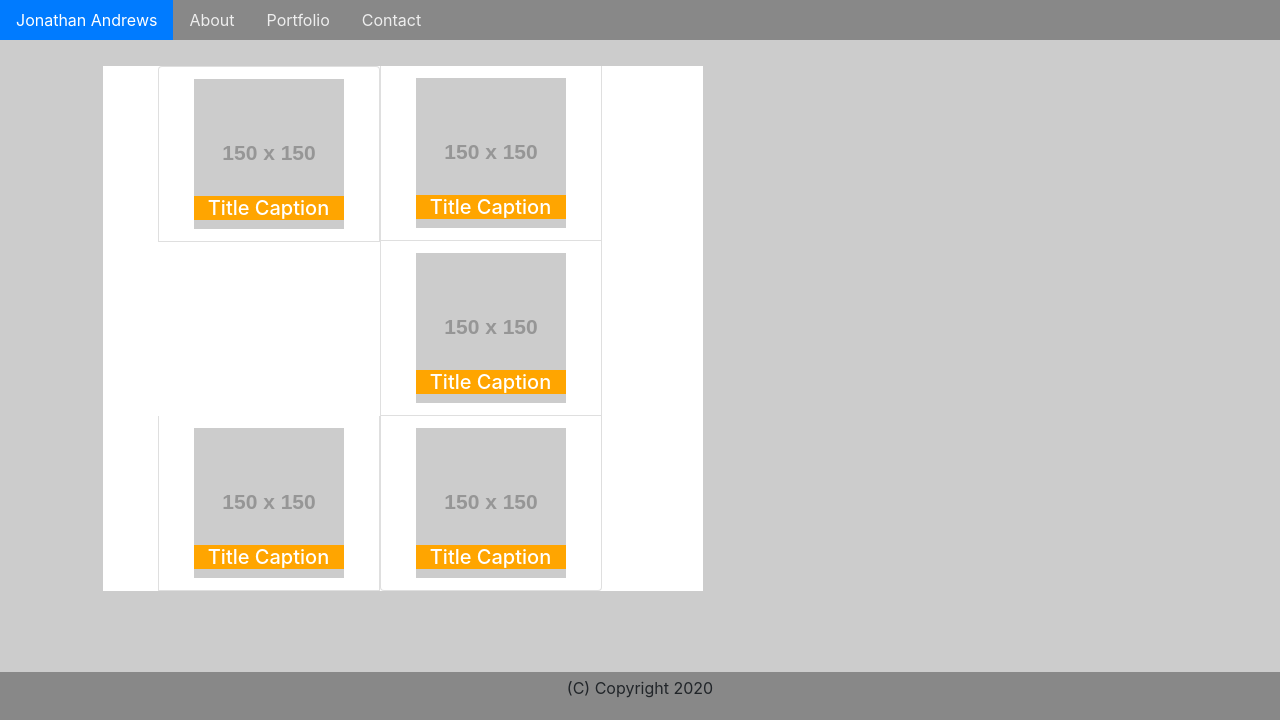
Repository: ionathas78/ionathas78.github.io
Page: portfolio.html
These files come from the project's save history. The page is drawn as it stood at one moment and after the next save; the edit follows.
The browser window is 1280 px wide. The pictures show the whole page.

Above is the page before, as saved 2020-03-17 17:56:27.

### portfolio.html
<!DOCTYPE html>
<html lang="en">
<head>
    <meta charset="UTF-8">
    <meta name="viewport" content="width=device-width, initial-scale=1.0">
    <title>Jonathan Andrews</title>

    <link rel="stylesheet" href="https://stackpath.bootstrapcdn.com/bootstrap/4.4.1/css/bootstrap.min.css" integrity="sha384-Vkoo8x4CGsO3+Hhxv8T/Q5PaXtkKtu6ug5TOeNV6gBiFeWPGFN9MuhOf23Q9Ifjh" crossorigin="anonymous">
</head>
<body style="background-color: #ccc">
    <header>
        <ul class="nav" style="background-color: #888">
            <li class="nav-item bg-primary">
              <a class="nav-link active" href="#" style="color: white;">Jonathan Andrews</a>
            </li>
            <li class="nav-item">
              <a class="nav-link" href="index.html" style="color: #eee;">About</a>
            </li>
            <li class="nav-item">
              <a class="nav-link active" href="portfolio.html" style="color: #eee;">Portfolio</a>
            </li>
            <li class="nav-item">
                <a class="nav-link" href="contact.html" style="color: #eee;">Contact</a>
            </li>
        </ul>
    </header>

    <div class="container">
        <div class="row">
            <div class="col-md-7">
                <div class="container clearfix" style="max-width: 600px; background-color: white; margin-top: 2vw;">
                    <!-- <ul class="list-group list-group-horizontal float-left"> -->
                    <ul class="">
                        <li class="list-group-item float-left">
                            <div class="container" style="border-style: none;">
                                <a style="position: relative;" href="" target="_blank"><img src="https://via.placeholder.com/150" alt="Placeholder Item Image"/></a>
                                <h5 style="position: absolute; background-color: orange; color: white; bottom: 1vw; width: 150px; text-align: center;">Title Caption</h5>
                            </div>
                        </li>
                        <li class="list-group-item float-left">
                            <div class="container">
                                <a style="position: relative;" href="" target="_blank"><img src="https://via.placeholder.com/150" alt="Placeholder Item Image"/></a>
                                <h5 style="position: absolute; background-color: orange; color: white; bottom: 1vw; width: 150px; text-align: center;">Title Caption</h5>
                            </div>
                        </li>
                        <li class="list-group-item float-left">
                            <div class="container">
                                <a style="position: relative;" href="" target="_blank"><img src="https://via.placeholder.com/150" alt="Placeholder Item Image"/></a>
                                <h5 style="position: absolute; background-color: orange; color: white; bottom: 1vw; width: 150px; text-align: center;">Title Caption</h5>
                            </div>
                        </li>
                        <li class="list-group-item float-left">
                            <div class="container">
                                <a style="position: relative;" href="" target="_blank"><img src="https://via.placeholder.com/150" alt="Placeholder Item Image"/></a>
                                <h5 style="position: absolute; background-color: orange; color: white; bottom: 1vw; width: 150px; text-align: center;">Title Caption</h5>
                            </div>
                        </li>
                        <li class="list-group-item float-left">
                            <div class="container">
                                <a style="position: relative;" href="" target="_blank"><img src="https://via.placeholder.com/150" alt="Placeholder Item Image"/></a>
                                <h5 style="position: absolute; background-color: orange; color: white; bottom: 1vw; width: 150px; text-align: center;">Title Caption</h5>
                            </div>
                        </li>
                      </ul>
                </div>
            </div>
        </div>
    </div>

    <footer style="position: fixed; bottom: 0; background-color: #888; width: 100%;">
        <p style="line-height: 200%; text-align: center;">
            (C) Copyright 2020
        </p>
    </footer>
    <!-- JS Scripts -->

    <script src="https://code.jquery.com/jquery-3.4.1.slim.min.js" integrity="sha384-J6qa4849blE2+poT4WnyKhv5vZF5SrPo0iEjwBvKU7imGFAV0wwj1yYfoRSJoZ+n" crossorigin="anonymous"></script>
    <script src="https://cdn.jsdelivr.net/npm/popper.js@1.16.0/dist/umd/popper.min.js" integrity="sha384-Q6E9RHvbIyZFJoft+2mJbHaEWldlvI9IOYy5n3zV9zzTtmI3UksdQRVvoxMfooAo" crossorigin="anonymous"></script>
    <script src="https://stackpath.bootstrapcdn.com/bootstrap/4.4.1/js/bootstrap.min.js" integrity="sha384-wfSDF2E50Y2D1uUdj0O3uMBJnjuUD4Ih7YwaYd1iqfktj0Uod8GCExl3Og8ifwB6" crossorigin="anonymous"></script>
</body>
</html>

After the next save:
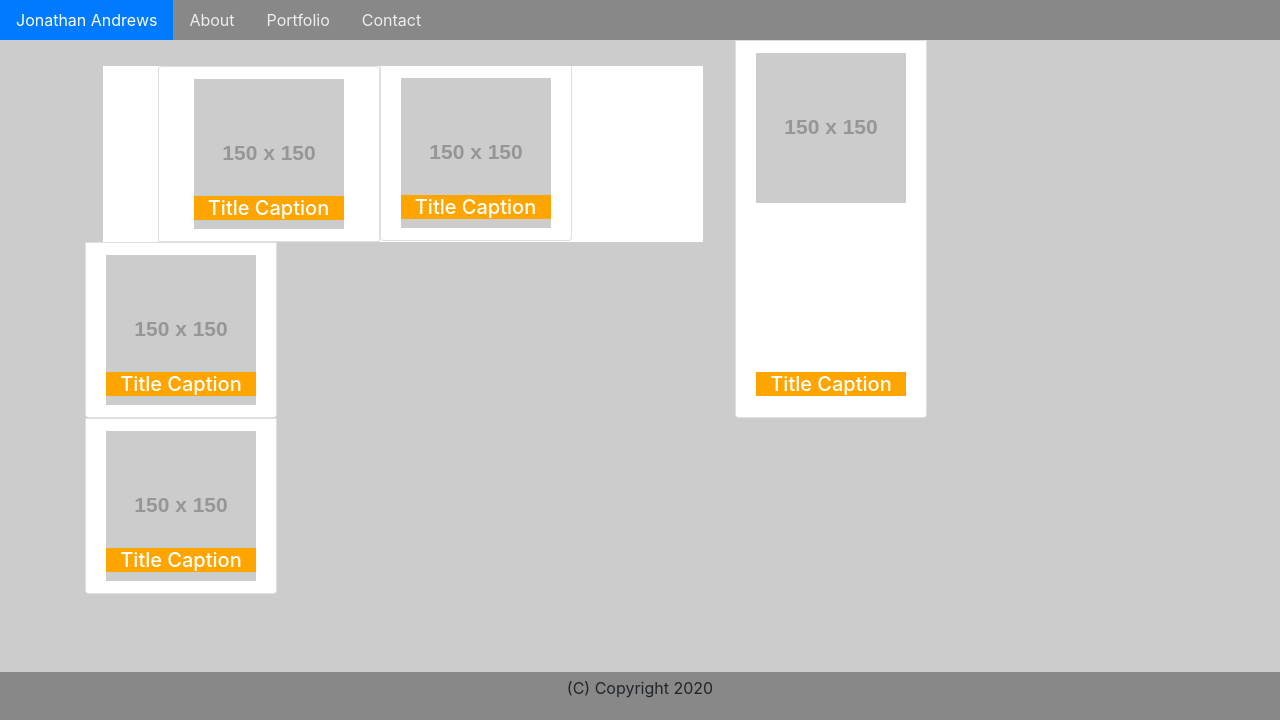
Saved 53 s later.
--- a/portfolio.html
+++ b/portfolio.html
@@ -32,31 +32,31 @@
                     <!-- <ul class="list-group list-group-horizontal float-left"> -->
                     <ul class="">
                         <li class="list-group-item float-left">
-                            <div class="container" style="border-style: none;">
+                            <div class="container" style="border: 0px none white;">
                                 <a style="position: relative;" href="" target="_blank"><img src="https://via.placeholder.com/150" alt="Placeholder Item Image"/></a>
                                 <h5 style="position: absolute; background-color: orange; color: white; bottom: 1vw; width: 150px; text-align: center;">Title Caption</h5>
                             </div>
                         </li>
                         <li class="list-group-item float-left">
-                            <div class="container">
+                            <div class="container" style="border: 0px none white;"></div>
                                 <a style="position: relative;" href="" target="_blank"><img src="https://via.placeholder.com/150" alt="Placeholder Item Image"/></a>
                                 <h5 style="position: absolute; background-color: orange; color: white; bottom: 1vw; width: 150px; text-align: center;">Title Caption</h5>
                             </div>
                         </li>
                         <li class="list-group-item float-left">
-                            <div class="container">
+                            <div class="container" style="border: 0px none white;"></div>
                                 <a style="position: relative;" href="" target="_blank"><img src="https://via.placeholder.com/150" alt="Placeholder Item Image"/></a>
                                 <h5 style="position: absolute; background-color: orange; color: white; bottom: 1vw; width: 150px; text-align: center;">Title Caption</h5>
                             </div>
                         </li>
                         <li class="list-group-item float-left">
-                            <div class="container">
+                            <div class="container" style="border: 0px none white;"></div>
                                 <a style="position: relative;" href="" target="_blank"><img src="https://via.placeholder.com/150" alt="Placeholder Item Image"/></a>
                                 <h5 style="position: absolute; background-color: orange; color: white; bottom: 1vw; width: 150px; text-align: center;">Title Caption</h5>
                             </div>
                         </li>
                         <li class="list-group-item float-left">
-                            <div class="container">
+                            <div class="container" style="border: 0px none white;"></div>
                                 <a style="position: relative;" href="" target="_blank"><img src="https://via.placeholder.com/150" alt="Placeholder Item Image"/></a>
                                 <h5 style="position: absolute; background-color: orange; color: white; bottom: 1vw; width: 150px; text-align: center;">Title Caption</h5>
                             </div>

After the save that followed:
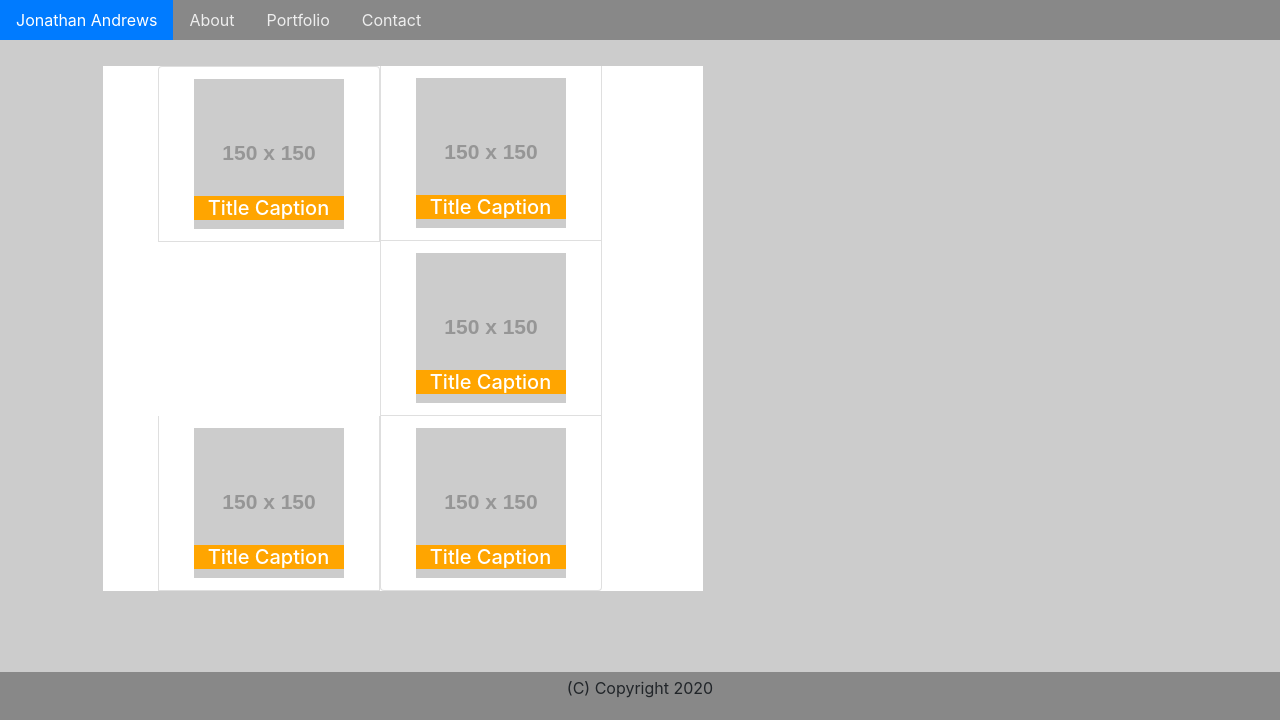
Saved 41 s later.
--- a/portfolio.html
+++ b/portfolio.html
@@ -32,31 +32,31 @@
                     <!-- <ul class="list-group list-group-horizontal float-left"> -->
                     <ul class="">
                         <li class="list-group-item float-left">
-                            <div class="container" style="border: 0px none white;">
+                            <div class="container">
                                 <a style="position: relative;" href="" target="_blank"><img src="https://via.placeholder.com/150" alt="Placeholder Item Image"/></a>
                                 <h5 style="position: absolute; background-color: orange; color: white; bottom: 1vw; width: 150px; text-align: center;">Title Caption</h5>
                             </div>
                         </li>
                         <li class="list-group-item float-left">
-                            <div class="container" style="border: 0px none white;"></div>
+                            <div class="container">
                                 <a style="position: relative;" href="" target="_blank"><img src="https://via.placeholder.com/150" alt="Placeholder Item Image"/></a>
                                 <h5 style="position: absolute; background-color: orange; color: white; bottom: 1vw; width: 150px; text-align: center;">Title Caption</h5>
                             </div>
                         </li>
                         <li class="list-group-item float-left">
-                            <div class="container" style="border: 0px none white;"></div>
+                            <div class="container">
                                 <a style="position: relative;" href="" target="_blank"><img src="https://via.placeholder.com/150" alt="Placeholder Item Image"/></a>
                                 <h5 style="position: absolute; background-color: orange; color: white; bottom: 1vw; width: 150px; text-align: center;">Title Caption</h5>
                             </div>
                         </li>
                         <li class="list-group-item float-left">
-                            <div class="container" style="border: 0px none white;"></div>
+                            <div class="container">
                                 <a style="position: relative;" href="" target="_blank"><img src="https://via.placeholder.com/150" alt="Placeholder Item Image"/></a>
                                 <h5 style="position: absolute; background-color: orange; color: white; bottom: 1vw; width: 150px; text-align: center;">Title Caption</h5>
                             </div>
                         </li>
                         <li class="list-group-item float-left">
-                            <div class="container" style="border: 0px none white;"></div>
+                            <div class="container">
                                 <a style="position: relative;" href="" target="_blank"><img src="https://via.placeholder.com/150" alt="Placeholder Item Image"/></a>
                                 <h5 style="position: absolute; background-color: orange; color: white; bottom: 1vw; width: 150px; text-align: center;">Title Caption</h5>
                             </div>
